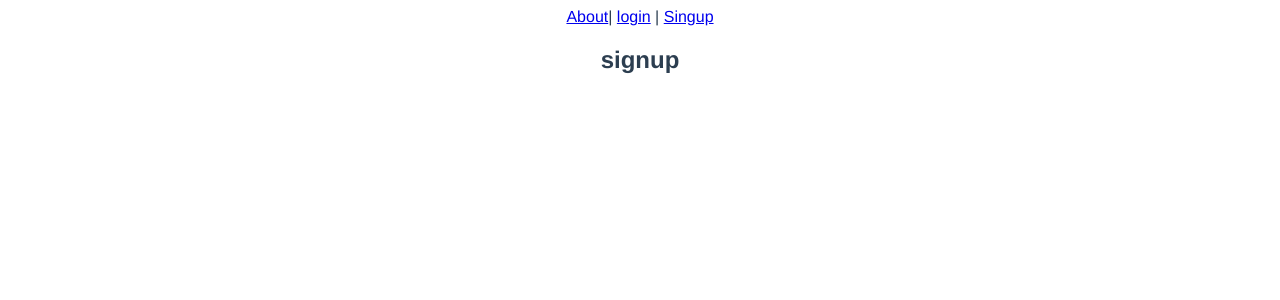
Repository: HeeJeong0718/captin
Page: /signup
An editor plug-in stored every save of this project. The page is shown before and after the next save, followed by the edit.
The browser window is 1280 px wide. The pictures show the whole page.
The project was rebuilt for these pictures with package versions that can differ from the ones it lists, and the page was loaded fresh each time. Also part of the build but not shown: vue.config.js.

Above is the page before, as saved 2022-04-21 23:23:35.

### src/App.vue
<template>
  <div id="app">
    <AppHeader/>
    <router-view/>
  </div>
</template>
<script>
import AppHeader from '@/components/AppHeader.vue';
export default {
  components:{
    AppHeader
  }
}

</script>
<style>
#app {
  font-family: Avenir, Helvetica, Arial, sans-serif;
  -webkit-font-smoothing: antialiased;
  -moz-osx-font-smoothing: grayscale;
  text-align: center;
  color: #2c3e50;
}

nav {
  padding: 30px;
}

nav a {
  font-weight: bold;
  color: #2c3e50;
}

nav a.router-link-exact-active {
  color: #42b983;
}
</style>

### src/router/index.js
import Vue from 'vue'
import VueRouter from 'vue-router'
//import HomeView from '../views/HomeView.vue'

Vue.use(VueRouter)

const routes = [

  {
    path: '/about',
    name: 'about',
    // route level code-splitting
    // this generates a separate chunk (about.[hash].js) for this route
    // which is lazy-loaded when the route is visited.
    component: () => import(/* webpackChunkName: "about" */ '../views/AboutView.vue')
  },
  {
    path: '/',
    name: 'login',
    // route level code-splitting
    // this generates a separate chunk (about.[hash].js) for this route
    // which is lazy-loaded when the route is visited.
    component: () => import(/* webpackChunkName: "about" */ '../views/LoginPage.vue')
  },
  {
    path: '/signup',
    name: 'signup',
    // route level code-splitting
    // this generates a separate chunk (about.[hash].js) for this route
    // which is lazy-loaded when the route is visited.
    component: () => import(/* webpackChunkName: "about" */ '../views/Signup.vue')
  },
  {
    path: '*',
    // route level code-splitting
    // this generates a separate chunk (about.[hash].js) for this route
    // which is lazy-loaded when the route is visited.
    component: () => import(/* webpackChunkName: "about" */ '../views/NotFoundPage.vue')
  }
]

const router = new VueRouter({
  mode: 'history',
  base: process.env.BASE_URL,
  routes
})

export default router

### src/components/AppHeader.vue
<template>
  <header>

      <router-link to="/about">About</router-link>|
      <router-link to="/">login</router-link> |
      <router-link to="/signup">Singup</router-link>
    </header>
</template>

<script>
export default {

}
</script>

<style>

</style>

### src/views/Signup.vue
<template>
  <div>
      <h2>signup</h2>
  </div>
</template>

<script>
export default {

}
</script>

<style>

</style>

### src/components/SignForm.vue
<template>
  <div>
      <input type="text" placeholder="signup">
  </div>
</template>

<script>
export default {

}
</script>

<style>

</style>

Loaded but not shown: public/index.html (common file); src/main.js (common file); src/registerServiceWorker.js (common file); src/store/index.js (common file)

After the next save:
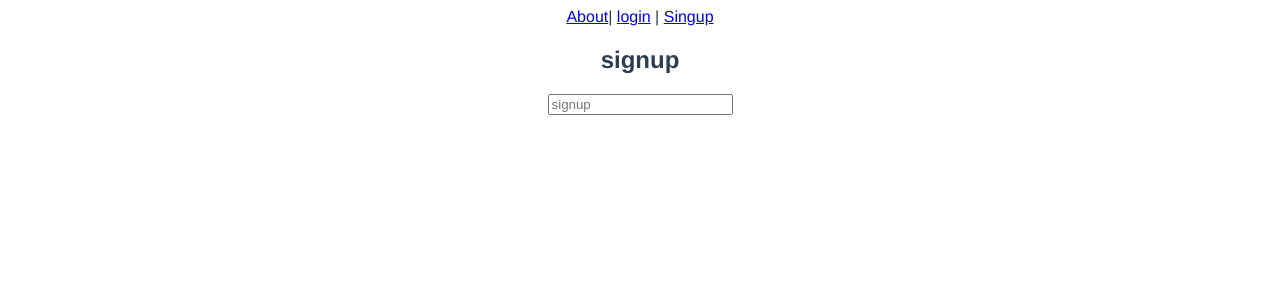
Saved 30 s later.
--- a/src/views/Signup.vue
+++ b/src/views/Signup.vue
@@ -1,12 +1,16 @@
 <template>
   <div>
       <h2>signup</h2>
+      <SignForm/>
   </div>
 </template>
 
 <script>
+import SignForm from '@/components/SignForm.vue';
 export default {
-
+  components:{
+      SignForm
+  }
 }
 </script>
 
